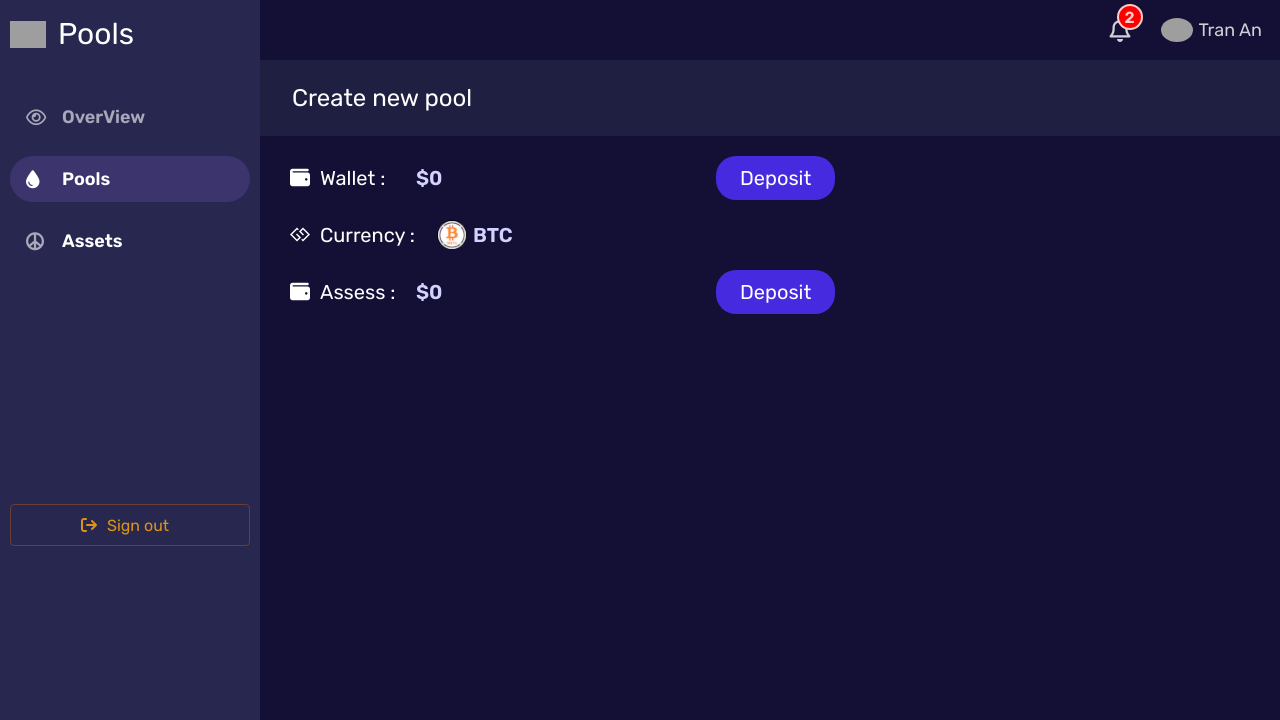
Repository: quynh232000/pools
Page: pool/create-pool.html
An editor plug-in stored every save of this project. The page is shown before and after the next save, followed by the edit.
The browser window is 1280 px wide. The pictures show the whole page.
Pictures or frames that could not be fetched are drawn as grey boxes.

Above is the page before, as saved 2023-07-14 00:56:07.

### pool/create-pool.html
<!DOCTYPE html>
<html lang="en">
  <head>
    <meta charset="UTF-8" />
    <meta name="viewport" content="width=device-width, initial-scale=1.0" />
    <title>Create Pool</title>

    <link rel="stylesheet" href="../src/css/base.css" />
    <link rel="stylesheet" href="../src/css/style.css" />
    <link rel="stylesheet" href="../src/css/pool.css" />
    <link rel="stylesheet" href="../src/css/create-pool.css" />
    <link
      rel="stylesheet"
      href="https://cdnjs.cloudflare.com/ajax/libs/font-awesome/6.4.0/css/all.min.css"
      integrity="sha512-iecdLmaskl7CVkqkXNQ/ZH/XLlvWZOJyj7Yy7tcenmpD1ypASozpmT/E0iPtmFIB46ZmdtAc9eNBvH0H/ZpiBw=="
      crossorigin="anonymous"
      referrerpolicy="no-referrer"
    />
  </head>
  <body>
    <div class="container">
      <div class="sidebar">
        <div class="sidebar-logo">
          <img src="https://sef-eco.vercel.app/assets/images/logo.png" alt="" />
          <span>Pools</span>
        </div>
        <div class="sidebar-items">
          <div class="sidebar-list">
            <div class="sidebar-item">
              <i class="fa-regular fa-eye"></i>
              <div class="sidebar-item-name">OverView</div>
            </div>
            <div class="sidebar-item sidebar-item-active">
              <i class="fa-solid fa-droplet"></i>
              <a href="/pool.html" class="sidebar-item-name">Pools</a>
            </div>
            <div class="sidebar-item">
              <i class="fa-solid fa-peace"></i>
              <a href="/index.html" class="sidebar-item-name">Assets</a>
            </div>
          </div>

          <div class="sidebar-sign-out">
            <i class="fa-solid fa-arrow-right-from-bracket"></i>
            <div class="sidebar-item-name">Sign out</div>
          </div>
        </div>
      </div>
      <div class="content">
        <div class="header">
          <div class="header-noti">
            <i class="fa-regular fa-bell"></i>
            <div class="header-noti-count">2</div>
          </div>
          <div class="header-user">
            <img
              src="https://static.vecteezy.com/system/resources/previews/002/002/257/original/beautiful-woman-avatar-character-icon-free-vector.jpg"
              alt=""
            />
            <div class="header-user-name">Tran An</div>
          </div>
        </div>
        <!-- body -->
        <div class="content-title">Create new pool</div>
        <div class="create-body">
          <div class="create-item">
            <i class="fa-solid fa-wallet"></i>
            <div class="create-item-title">Wallet :</div>
            <span>$0</span>
            <div class="create-btn">Deposit</div>
          </div>

          <div class="create-item">
            <i class="fa-brands fa-gg"></i>
            <div class="create-item-title">Currency :</div>
            <div class="create-select-type-money">
              <div class="type-money-item">
                <img src="../src/img/btc.png" alt="" />
                <div class="type-money-name">BTC</div>
              </div>
              <div class="type-money-more">
                <div class="type-money-item">
                  <img src="../src/img/eth.png" alt="" />
                  <div class="type-money-name">ETH</div>
                </div>
                <div class="type-money-item">
                  <img src="../src/img/btc.png" alt="" />
                  <div class="type-money-name">BTC</div>
                </div>
                <div class="type-money-item">
                  <img src="../src/img/eth.png" alt="" />
                  <div class="type-money-name">ETH</div>
                </div>
              </div>
            </div>
          </div>

          <div class="create-item">
            <i class="fa-solid fa-wallet"></i>
            <div class="create-item-title">Assess :</div>
            <span>$0</span>
            <div class="create-btn">Deposit</div>
          </div>
        </div>
      </div>
    </div>
  </body>
</html>

### src/css/base.css
@import url('https://fonts.googleapis.com/css2?family=Rubik:wght@300;400;500;600;700&display=swap');
 :root{
    --primary-color:#fff;
    --text-color:#fff;
    --text-1-color:rgb(211, 209, 255);
    --bg-color:#140f34;
    --bg-item-color:#282750;

 }
*{
    box-sizing: inherit;
}
html,body{
    box-sizing: border-box;
    margin: 0;
    padding: 0;
    font-family: 'Rubik', sans-serif;
    color: var(--text-color);
}
a{
    color:  white;
    text-decoration: none;
}

### src/css/style.css
.container{
    width: 100%;
    min-height: 100vh;
    background-color: var(--bg-color);
    display: flex;
}
.sidebar{
    width: 20%;
    min-width: 260px;
    max-width: 400px;
    display: flex;
    flex-direction: column;
    min-height: 100vh;
    background-color: var(--bg-item-color);
}
.sidebar-logo{
    display: flex;
    width: 100%;
    align-items: center;
    padding: 16px 10px;
}
.sidebar-logo img{
    width: 15%;
}
.sidebar-logo span{
    font-size: 30px;
    color: var(--primary-color);
    margin-left: 12px;

}
.sidebar-items{
    padding: 26px 10px;
    display: flex;
    flex-direction: column;
    justify-content: space-between;
    min-height: 70vh;
}
.sidebar-list{

}
.sidebar-item{
    font-size: 18px;
    display: flex;
    align-items: center;
    padding: 12px 16px;
    border-radius: 40px;
    color: rgb(255 255 255/.6);
    margin-bottom: 16px;
    font-weight: 600;
    transition: color .3s;
}
.sidebar-item:hover{
    cursor: pointer;
    color: rgb(255 255 255/.8);
}
.sidebar-item-active{
    background-color:#3c356d ;
    color: var(--text-color);
}
.sidebar-item i{
    min-width: 36px;
}
.sidebar-sign-out{
    display: flex;
    align-items: center;
    color: rgb(218, 149, 23);
    text-align: center;
    border: 1px solid rgba(202, 98, 12,.4);
    justify-content: center;
    padding-right: 10px;
    border-radius: 4px;
    transition: color border .3s;
}
.sidebar-sign-out:hover{
    cursor: pointer;
    color: rgb(253, 166, 5);
    border: 1px solid rgba(202, 98, 12,.5);
}
.sidebar-sign-out i{
    margin-right: 10px;
    padding: 12px 0;
}

.content{
    width: 85%;
    min-height: 100vh;
    /* background-color: var(--bg-color); */
}
.header{
    display: flex;
    justify-content: flex-end;
    padding: 18px;
    color: rgb(255 255 255/.8);
    align-items: center;
}
.header-user{
    display: flex;
    align-items: center;
    font-size: 18px;

}
.header-user img {
    width: 32px;
    border-radius: 50%;
    margin-right: 6px;
}
.header-noti{
    display: flex;
    margin-right: 30px;
    font-size: 20px;
    position: relative;
    font-size: 24px;
}
.header-noti-count{
    width: 26px;
    height: 26px;
    position: absolute;
    top: -14px;
    left: 7px;
    border: 2px solid  rgb(255 255 255/.8);
    text-align: center;
    border-radius: 50%;
    font-size: 16px;
    display: flex;
    align-items: center;
    justify-content: center;
    background-color: var(--bg-color);
    background-color: red;
    font-weight: 600;

}
.content-title{
    background-color: #1f1f42;
    padding: 24px 32px;
    font-size: 24px;
}
.content-list{
    display: flex;
    flex-direction: column;
    align-items: center;
    padding: 0 40px;
}
.content-list-body{
    width: 100%;
    margin-top: 20px;

}
.content-nav{
    width: 100%;
    display: flex;
    justify-content: space-between;
    padding: 12px 26px;
    margin: 10px 0;
    transition: background-color .2s ;
}
.content-nav:hover{
    background-color: #2d2d44;
}
.nav-left{
    width: 50%;
    display: flex;
    align-items: center;
    justify-content: space-between;
    font-size: 22px;

}
.nav-left-info{
    display: flex;
    align-items: center;
}
.nav-left-info img{
    width: 32px;
    margin-right: 8px;
}
.nav-left-name{
    font-size: 22px;
}
.nav-left-balance{
    display: flex;
    flex-direction: column;
    align-items: center;
    flex: 1;
}
.nav-left-balance span:nth-child(2){
    font-size: 20px;
    color: #a8a8a8;
}


.nav-right{
    width: 40%;
    display: flex;
    justify-content: space-between;
    align-items: center;
    color: #b3b1fd;
}
.nav-right span{
    transition: color .3s;
}
.nav-right span i{
    font-size: 16px !important;
    margin-left: 4px;
}
.nav-right span:hover{
    color:#f8c2b0;
    cursor: pointer;
}
.nav-text{
    color: #b3b1fd;
    font-size: 20px;
}
.nav-right .nav-tex:hover{
    color: #b3b1fd !important;
    cursor: no-drop;
}

### src/css/pool.css
.p-content-body{
    width: 100%;
    display: flex;
    flex-wrap: wrap;
    padding: 20px 10px;
}
.content-item-wrapper{
    width: 33.333%;
    padding: 10px ;
}
.p-content-item{
    border-radius: 6px;
    background-color: var(--bg-item-color);
    padding: 14px;
    transition: background-color .3s ease;
}
.p-content-item:hover{
    background-color: #2e2e60;
}
.p-content-item-top{
    display: flex;
    align-items:flex-start;

}
.p-content-item-img{
    margin-right: 6px;
}
.p-content-item-top-info{
    display: flex;
    flex-direction: column;
}
.p-content-item-top-info span{
    padding-top: 4px;
}
.p-content-item-top-info p{
    margin: 4px 0 10px 0;
    color: #a7a3a3;
}
.p-content-item-bottom{
    display: flex;
}
.p-item-type{
    margin-right: 10px;
    padding: 0 8px;
    text-align: center;
}
.p-item-type:first-child{
    border-right: 1px solid gray;
    padding-right: 16px;
}
.p-item-type span{
    font-size: 14px;
    color: #a7a3a3;
    /* font-weight: 600; */
}
.p-item-type p{
    margin: 0;
}
.add-pool{
    display: flex;
    flex-direction: column;
    align-items: center;
    font-size: 20px;
    min-height: 122px;
    justify-content: center;
}
.add-pool i{
    font-size: 26px;
    margin-bottom: 6px;
}

### src/css/create-pool.css
.create-body{
    width: 100%;
    display: flex;
    flex-direction: column;
    padding: 20px 30px;
}
.create-item{
    display: flex;
    font-size: 20px;
    align-items: center;
    margin-bottom: 20px;
}
.create-item-title{
    margin: 0 16px 0 10px;
    min-width: 80px;

}
.create-item span{
    color: var(--text-1-color);
    min-width: 300px;
    font-weight: 600;
}
.create-btn{
    background-color: rgb(70, 42, 223);
    padding: 10px 24px;
    border-radius: 20px;
    display: flex;
    justify-content: center;
    align-items: center;
    transition: background-color .3s ease;
}
.create-btn:hover{
    background-color: #6a67ea;
    cursor: pointer;
}
.create-select-type-money{
    position: relative;
    margin-left: 6px;
}
.create-select-type-money::before{
    position: absolute;
    content: "";
    top: 100%;
    width: 120%;
    height: 20px;
    /* background-color: red; */
}
.create-select-type-money:hover .type-money-more{
    display: block;
}
.type-money-item{
    display: flex;
    align-items: center;
}
.type-money-item img{
    width: 30px;
    height: 30px;
    object-fit: cover;
    margin-right: 6px;
}
.type-money-name{
    color: var(--text-1-color);
    font-weight: 600;
}
.type-money-more{
    display: none;
    position: absolute;
    background-color: var(--bg-item-color);
    border-radius: 6px;
    top: 150%;
    left: -14px;
    animation: fadeIn .5s ease;
}
@keyframes fadeIn{
    from{
        opacity: 0;
        transform: translateY(40px);
    }to{
        opacity: 1;
        transform: translateY(0);
    }
}
.type-money-more .type-money-item{
    /* margin: 8px; */
    border-radius: 6px;
    padding: 10px 26px;
    transition: background-color .3s ease;
}
.type-money-more .type-money-item:hover{
    background-color: rgb(75, 73, 114);
    cursor: pointer;
}

After the next save:
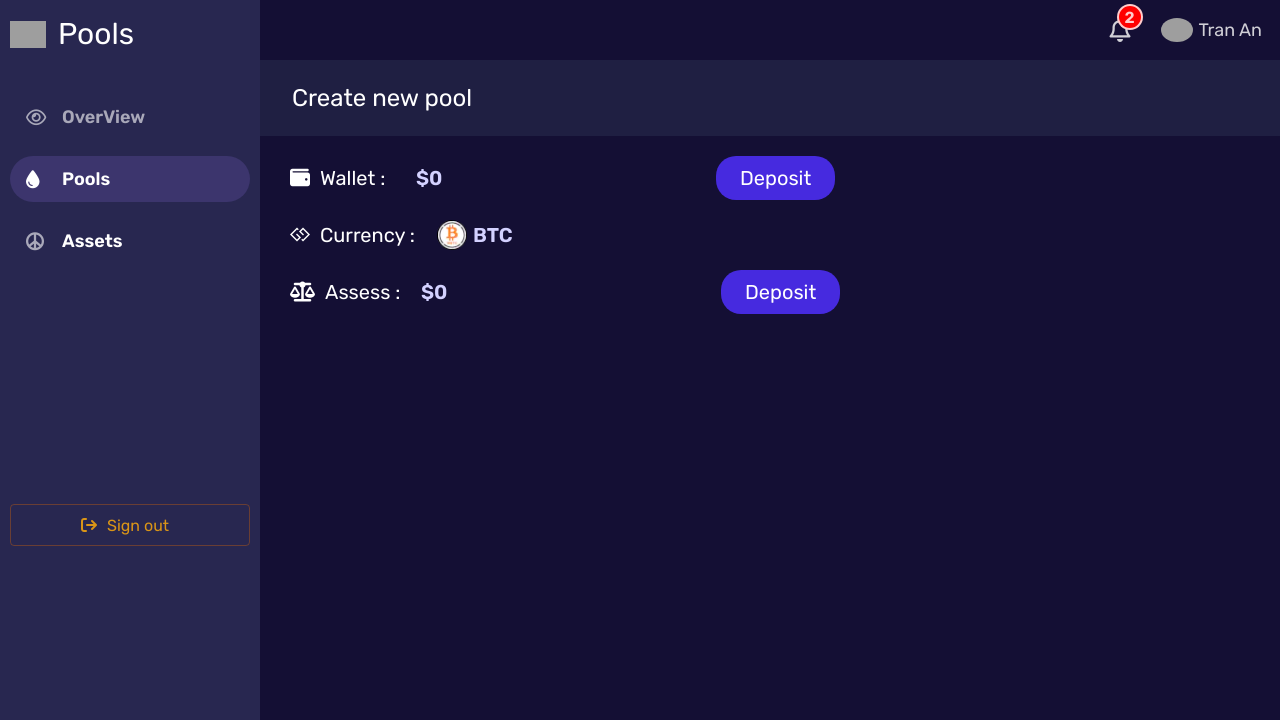
Saved 73 s later.
--- a/pool/create-pool.html
+++ b/pool/create-pool.html
@@ -96,7 +96,7 @@
           </div>
 
           <div class="create-item">
-            <i class="fa-solid fa-wallet"></i>
+            <i class="fa-solid fa-scale-balanced"></i>
             <div class="create-item-title">Assess :</div>
             <span>$0</span>
             <div class="create-btn">Deposit</div>
